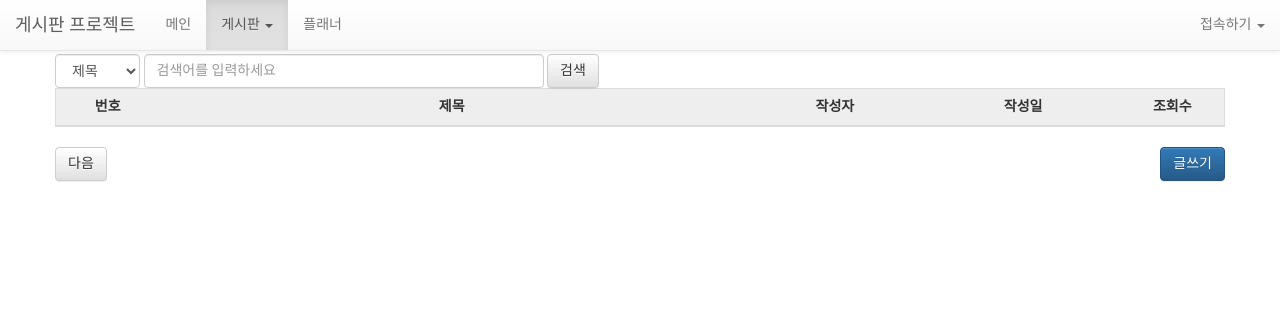
Repository: Seok7975/Project_PlannerSharingBoard
Page: http://localhost/ToDoList공유_게시판_ver3/bbs.jsp
The author's editor kept a copy of each file at every save. The page is drawn from the files as they stood at one save, then again after the next save.
The browser window is 1280 px wide. The pictures show the whole page.
Some web fonts or font styles are not loaded; a fallback is used. Some web libraries are served in a nearby version. The page is served by Tomcat 9. Queries for data that is not in the repository find no rows.

Above is the page before, as saved 2024-07-05 00:59:27.

After the next save:
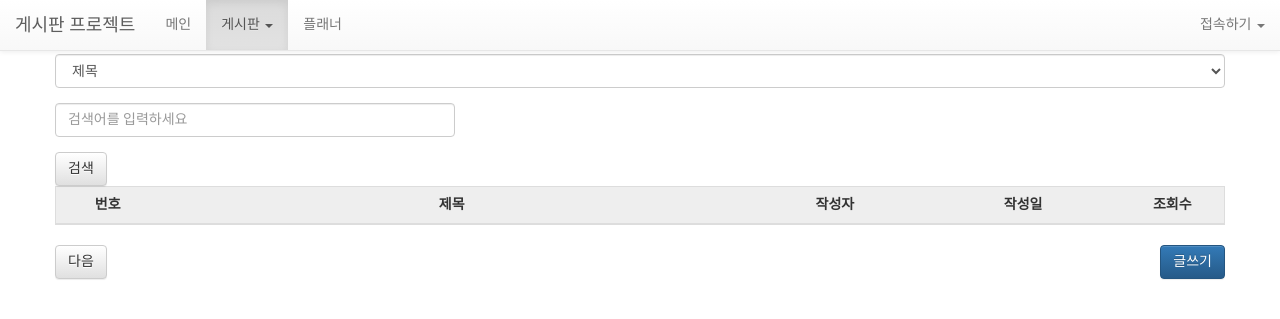
Saved 3 min 30 s later.
--- a/List_Projects_ver3/ToDoList공유 게시판_ver3/src/main/webapp/bbs.jsp
+++ b/List_Projects_ver3/ToDoList공유 게시판_ver3/src/main/webapp/bbs.jsp
@@ -304,7 +304,7 @@
                 <div class="category-title">
                     <%= categoryDisplayName %>
                 </div>
-                <form class="form-inline" method="get" action="bbs.jsp">
+                <form class="form" method="get" action="bbs.jsp">
                     <div class="form-group">
                         <select class="form-control" name="searchType">
                             <option value="title" <%= "title".equals(searchType) ? "selected" : "" %>>제목</option>

After the 2 saves that followed:
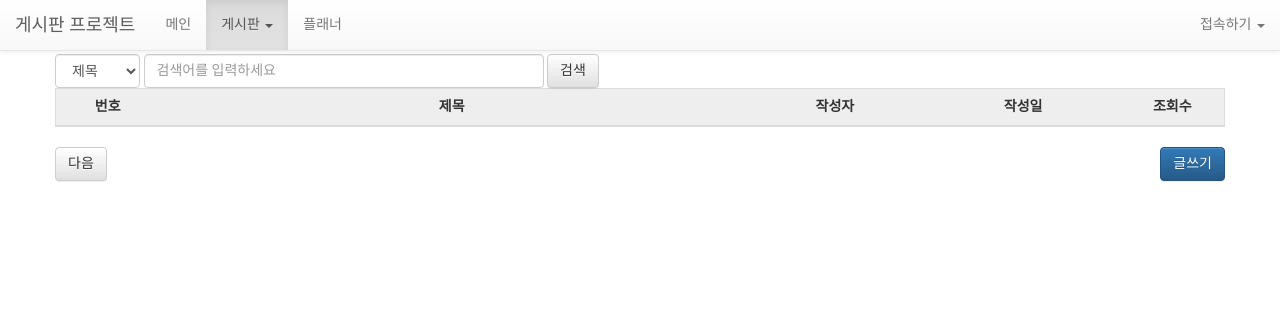
The 2 saves are shown as one change because 1 left the picture as it was.
The last was saved 14 s later.
--- a/List_Projects_ver3/ToDoList공유 게시판_ver3/src/main/webapp/bbs.jsp
+++ b/List_Projects_ver3/ToDoList공유 게시판_ver3/src/main/webapp/bbs.jsp
@@ -304,7 +304,7 @@
                 <div class="category-title">
                     <%= categoryDisplayName %>
                 </div>
-                <form class="form" method="get" action="bbs.jsp">
+                <form class="form-inline" method="get" action="bbs.jsp">
                     <div class="form-group">
                         <select class="form-control" name="searchType">
                             <option value="title" <%= "title".equals(searchType) ? "selected" : "" %>>제목</option>
